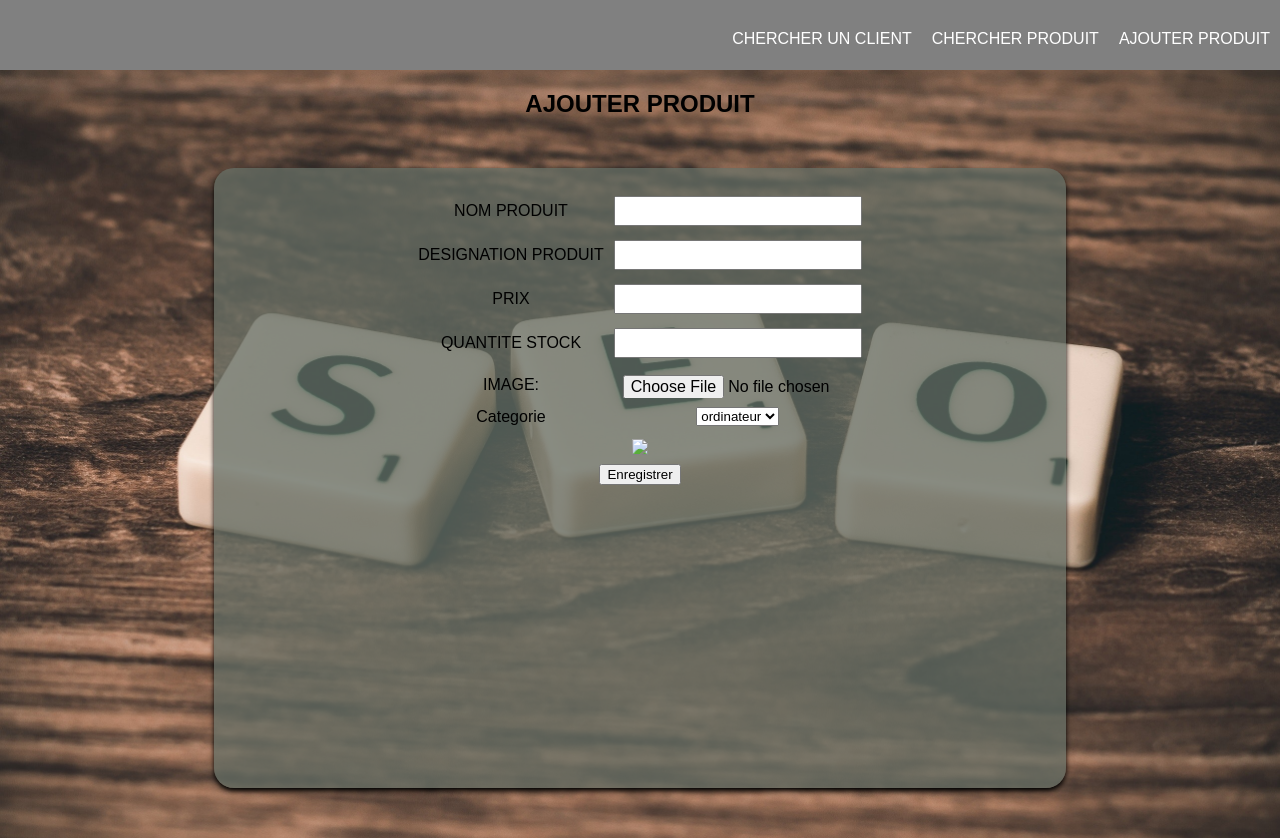
Repository: ahthionkevin/first-ecommerce-website
Page: http://localhost/addProductView.php
An editor plug-in stored every save of this project. The page is shown before and after the next save, followed by the edit.
The browser window is 1280 px wide. The pictures show the whole page.
The page is run by PHP 8.4 with error messages shown; the project is at /var/www/html/.

Above is the page before, as saved 2021-06-22 21:42:45.

After the next save:
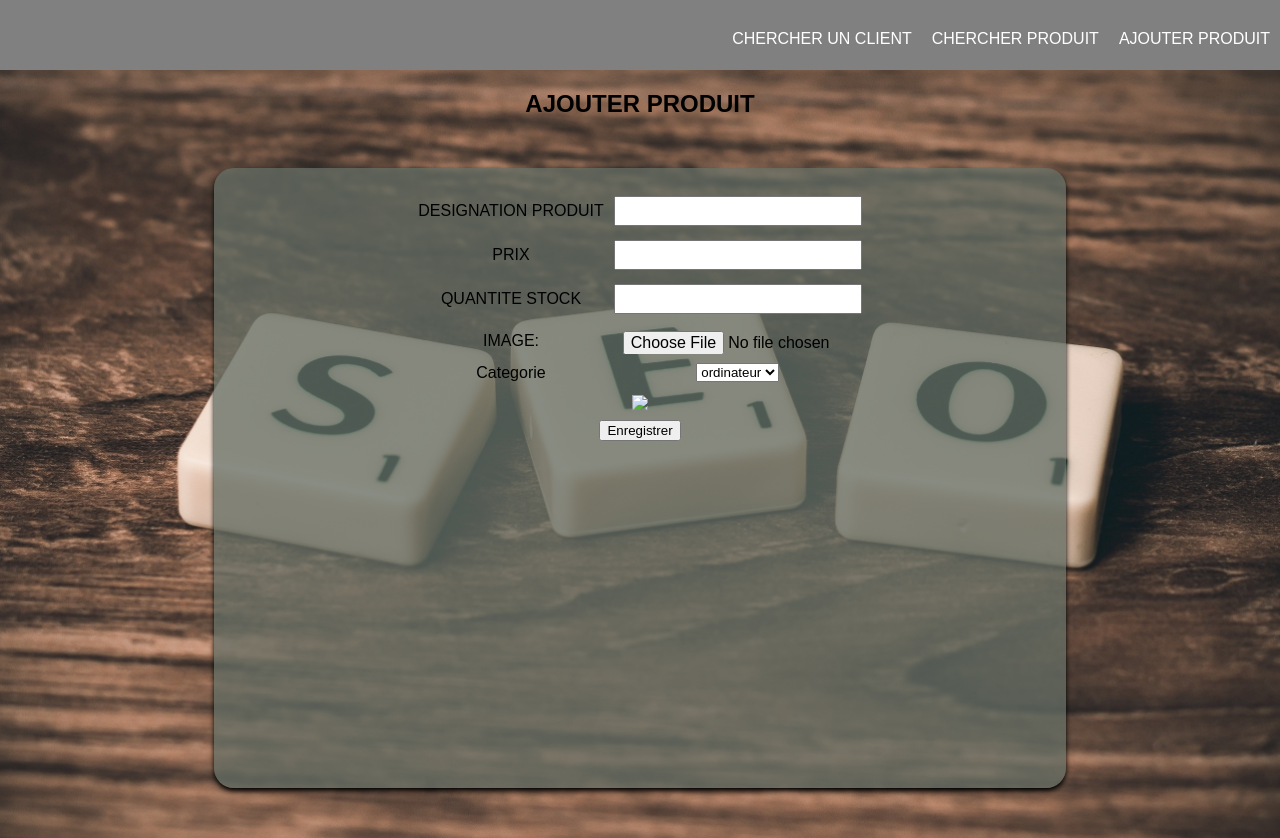
Saved 2 min 53 s later.
--- a/Cote_Serveur/addProductView.php
+++ b/Cote_Serveur/addProductView.php
@@ -13,10 +13,6 @@
     <h2>AJOUTER PRODUIT</h2>
     <form action="addProduct.php" method="post" class="read" autocomplete="off" enctype="multipart/form-data">
         <table>
-            <tr>
-                <td><label for="nom">NOM PRODUIT </label></td>
-                <td><input type="text" name="nom" class="sign"></td>
-            </tr>
 
             <tr>
                 <td><label for="designation">DESIGNATION PRODUIT </label></td>
